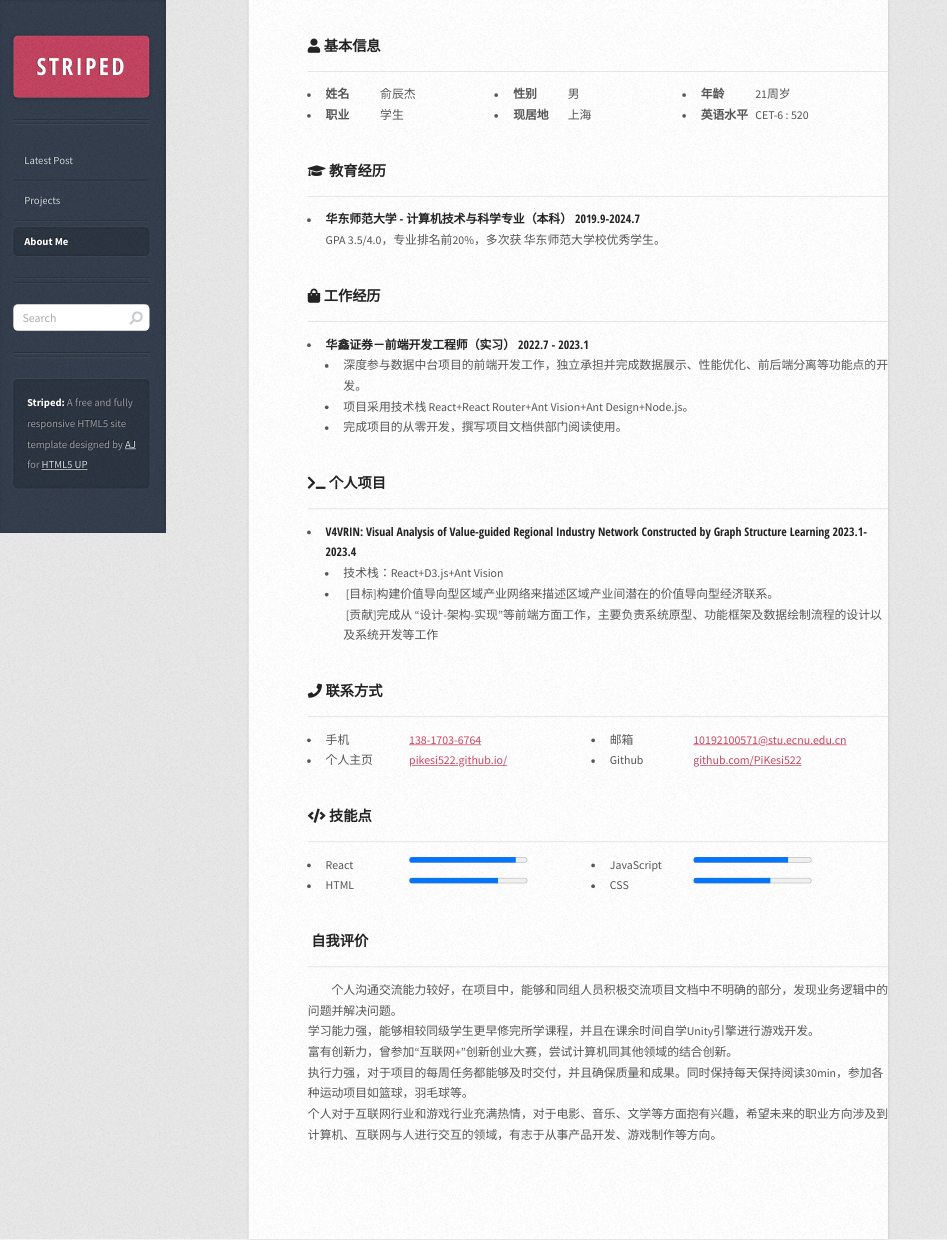
Repository: PiKesi522/PiKesi522.github.io
Page: about.html
The author's editor kept a copy of each file at every save. The page is drawn from the files as they stood at one save, then again after the next save.
The browser window is 1280 px wide. The pictures show the whole page, at 74% of full size.

Above is the page before, as saved 2023-04-10 19:26:12.

After the next save:
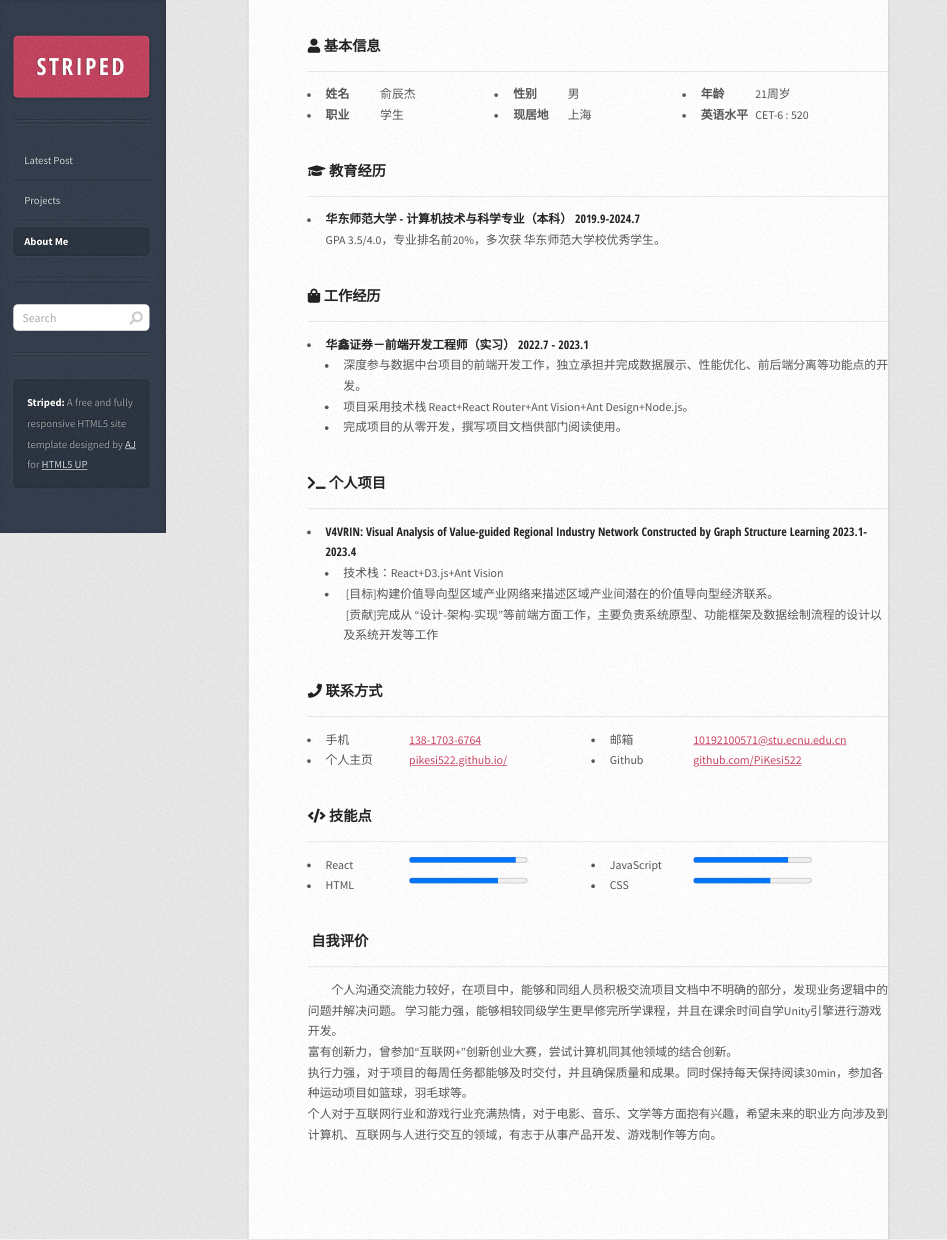
Saved 8 s later.
--- a/about.html
+++ b/about.html
@@ -394,7 +394,7 @@
                         <hr />
                         <p style='text-indent:2em;'>
                             个人沟通交流能力较好，在项目中，能够和同组人员积极交流项目文档中不明确的部分，发现业务逻辑中的问题并解决问题。
-                            </br>
+                        </n>
                             学习能力强，能够相较同级学生更早修完所学课程，并且在课余时间自学Unity引擎进行游戏开发。
                             </br>
                             富有创新力，曾参加“互联网+”创新创业大赛，尝试计算机同其他领域的结合创新。

After the save that followed:
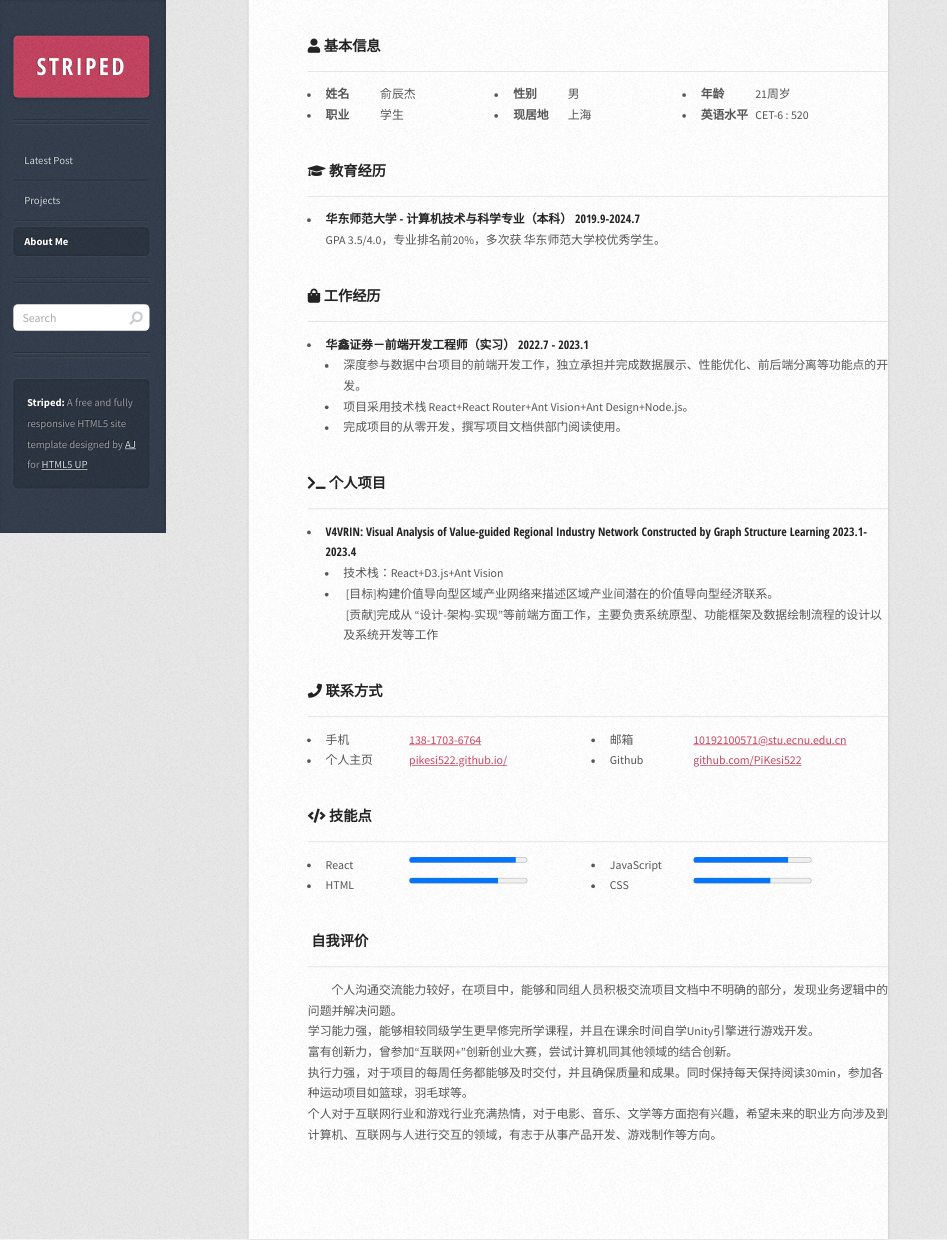
Saved 28 s later.
--- a/about.html
+++ b/about.html
@@ -394,13 +394,13 @@
                         <hr />
                         <p style='text-indent:2em;'>
                             个人沟通交流能力较好，在项目中，能够和同组人员积极交流项目文档中不明确的部分，发现业务逻辑中的问题并解决问题。
-                        </n>
+                            <br>
                             学习能力强，能够相较同级学生更早修完所学课程，并且在课余时间自学Unity引擎进行游戏开发。
-                            </br>
+                            <br>
                             富有创新力，曾参加“互联网+”创新创业大赛，尝试计算机同其他领域的结合创新。
-                            </br>
+                            <br>
                             执行力强，对于项目的每周任务都能够及时交付，并且确保质量和成果。同时保持每天保持阅读30min，参加各种运动项目如篮球，羽毛球等。
-                            </br>
+                            <br>
                             个人对于互联网行业和游戏行业充满热情，对于电影、音乐、文学等方面抱有兴趣，希望未来的职业方向涉及到计算机、互联网与人进行交互的领域，有志于从事产品开发、游戏制作等方向。
                             <!-- <span class="mark-txt">“多静多思考，反省不张扬”</span>是我给自己总结的“十字箴言”，鞭策自己做人既不能以己度人，也不以人观己，要脚踏实地做事，坚持自己的梦想和本心。 -->
                         </p>
